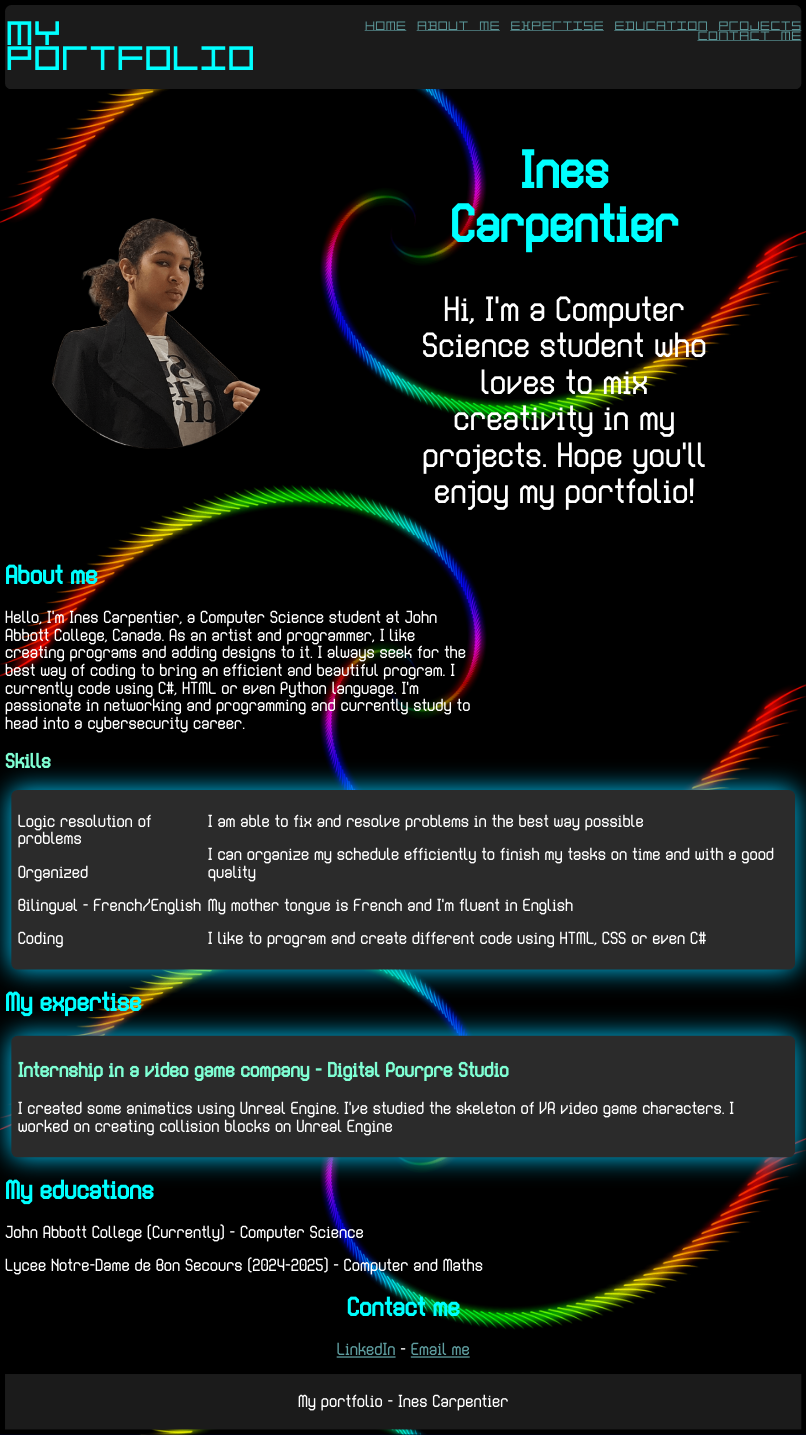
Repository: InsCarp/InsCarp
Page: index.html
These files come from the project's save history. The page is drawn as it stood at one moment and after the next save; the edit follows.
The browser window is 1280 px wide. The pictures show the whole page, at 63% of full size.
Backgrounds fixed to the window are drawn as part of the page.

Above is the page before, as saved 2026-05-12 10:49:07.

### index.html
<!DOCTYPE html>
<html lang="en">
<head>
    <meta charset="UTF-8">
    <meta name="viewport" content="width=device-width, initial-scale=1.0">
    <link rel="icon" href="/assets/images/Logo.svg" type="image/svg" />
    <link rel="stylesheet" href="/styles/globals.css" type="text/css"/>
    <link rel="stylesheet" href="/styles/index.css" type="text/css"/>

    <title>Portfolio - Ines Carpentier</title>
</head>
<header>

     <h1 id="Title">My portfolio</h1>

        <nav>
        <a href="index.html">Home</a>
        <a href="#About">About me</a>
        <a href="#Expertise">Expertise</a>
        <a href="#Education">Education</a>
        <a href="project.html">Projects</a> <!--Put my project page here-->
        <a href="#Contact">Contact me</a>
        </nav>


</header>
<body>
    <div class="Intro">
        <article>
            <img
               src="/assets/images/me.png" id="Me" alt="My image"/>
        </article>
        <article id="intro">
            <h2>Ines Carpentier</h2>
            <p>Hi, I'm a Computer Science student who loves to mix creativity in my projects.
                Hope you'll enjoy my portfolio!</p>
        </article>
    </div>

        <h2 id="About">About me</h2>
        <div class="about">
            <p>Hello, I'm Ines Carpentier, a Computer Science student at John Abbott College, Canada. As an artist and programmer, I like creating programs and adding designs to it. I always seek for the
             best way of coding to bring an efficient and beautiful program. I currently code using C#, HTML or even Python language. I'm passionate in networking and programming and currently study to head into a cybersecurity career.
            </p>
        </div>
        <h3>Skills</h3>
        <section class="Skills">
            <article>
            <p>Logic resolution of problems</p>
            <p>Organized</p>
            <p>Bilingual - French/English</p>
            <p>Coding</p>
        </article>
        <article>
            <p>I am able to fix and resolve problems in the best way possible</p>
            <p>I can organize my schedule efficiently to finish my tasks on time and with a good quality</p>
            <p>My mother tongue is French and I'm fluent in English</p>
            <P>I like to program and create different code using HTML, CSS or even C#</P>
        </article>
        </section>


        <h2 id="Expertise">My expertise</h2>
        <section>
            <article>
            <h3>Internship in a video game company - Digital Pourpre Studio</h3>
            <p>I created some animatics using Unreal Engine. I've studied the skeleton of VR video game characters. I worked on creating collision blocks on Unreal Engine</p>
        </article>
        </section>


        <h2 id="Education">My educations</h2>
        <p>John Abbott College (Currently) - Computer Science
        </p>
        <p>Lycee Notre-Dame de Bon Secours (2024-2025) - Computer and Maths</p>

        <div class="Contact">
         <h2 id="Contact">Contact me</h2>
         <p><a href="https://www.linkedin.com/in/ines-carpentier-690b8b387/" target="blank">LinkedIn</a> - <a href="mailto:carpentierines4@gmail.com">Email me</a></p>
        </div>
</body>
<footer>
    <p>My portfolio - Ines Carpentier</p>
</footer>
</html>

### styles/globals.css
@font-face {
    font-family: Title;
    src: url(/assets/fonts/Y224-2vdae.ttf);
}
@font-face {
    font-family: Portfolio;
    src: url(/assets/fonts/Eightgon-OGn6p.ttf);
}

html{
    font-size:25px;
}

a {
    color:cadetblue;
}

a:visited{
    color:aquamarine;
}
a:hover{
    color:greenyellow;
}
a:active{
    color:yellow;
}

body{
    background-color:rgb(0, 2, 36);
    color:rgb(255, 255, 255);
    background-image: url(../assets/images/back.gif);
    background-size: cover;
    background-repeat: no-repeat;
    background-attachment: fixed;
    font-family: Portfolio;
}




h1, h2{
    color:aqua;

}

h3{
    color:aquamarine;
}


header {
    position:sticky;
    top:0;
    display: flex;
    flex-direction: row;
    font-family: Title;
    background-color:rgb(27, 27, 27);
    font-size:0.5rem;


}
nav{
    display:none;
}

footer{

    text-align: center;
    background-color:rgb(27, 27, 27);
    padding:0.2rem;


}

@media only screen and (min-width: 800px){
    header {
    justify-content: space-between;
    border-radius: 10px;
    font-size:0.8rem;

}
nav{
    text-align:right;
    display:initial;
    font-size:0.4rem;
    margin-top:10px;


}
}

@media only screen and (min-width: 1200px){
    header {
    display: flex;
    flex-direction: row;
    font-family: Title;
    justify-content: space-between;



}
nav{
    text-align:right;
    display:initial;
    font-size:0.6rem;
    margin-top:2%;



}
}

### styles/index.css
.Intro{
    margin-top: 1rem;
    display:flex;
    flex-direction: column;
    align-items: center;
}

#intro{

    text-align: center;
    font-size:2rem;

}

#Me{
    margin-top: 1rem;
    width:15rem;
}


section{
    display: flex;
    flex-direction:row;
    justify-content: space-between;

    margin: 10px;
  background-color:rgb(43, 43, 43);
  padding:10px;
  border: 3px;
  border-radius:10px;
  box-shadow: 0 0 40px 0 rgb(0, 204, 255);
  opacity: 20;

}

.Contact{
    text-align: center;
}

@media only screen and (min-width: 800px){
    .Intro{
    margin-top: 1rem;
    display:flex;
    flex-direction: row;
    justify-content: space-between;
}

#intro{

    text-align: center;
    font-size:2rem;
    width: 20rem;
    margin-right: 10%;
}




.about{
    width:30rem;
}
}

@media only screen and (min-width: 800px){
    #Me{
    margin-left:15%;
}
}

After the next save:
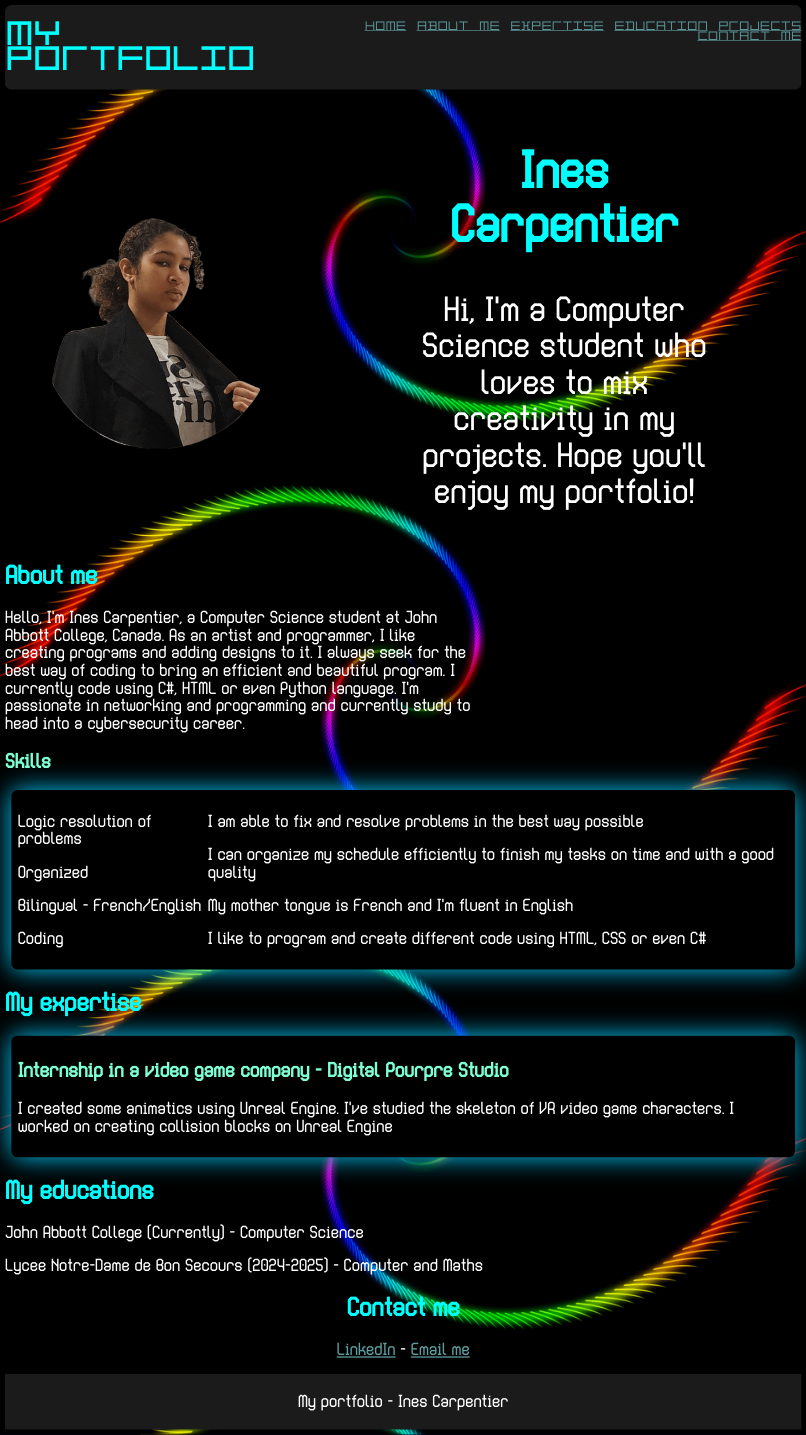
Saved 16 s later.
--- a/styles/index.css
+++ b/styles/index.css
@@ -24,7 +24,7 @@ section{
     justify-content: space-between;
 
     margin: 10px;
-  background-color:rgb(43, 43, 43);
+  background-color:rgb(0, 0, 0);
   padding:10px;
   border: 3px;
   border-radius:10px;
